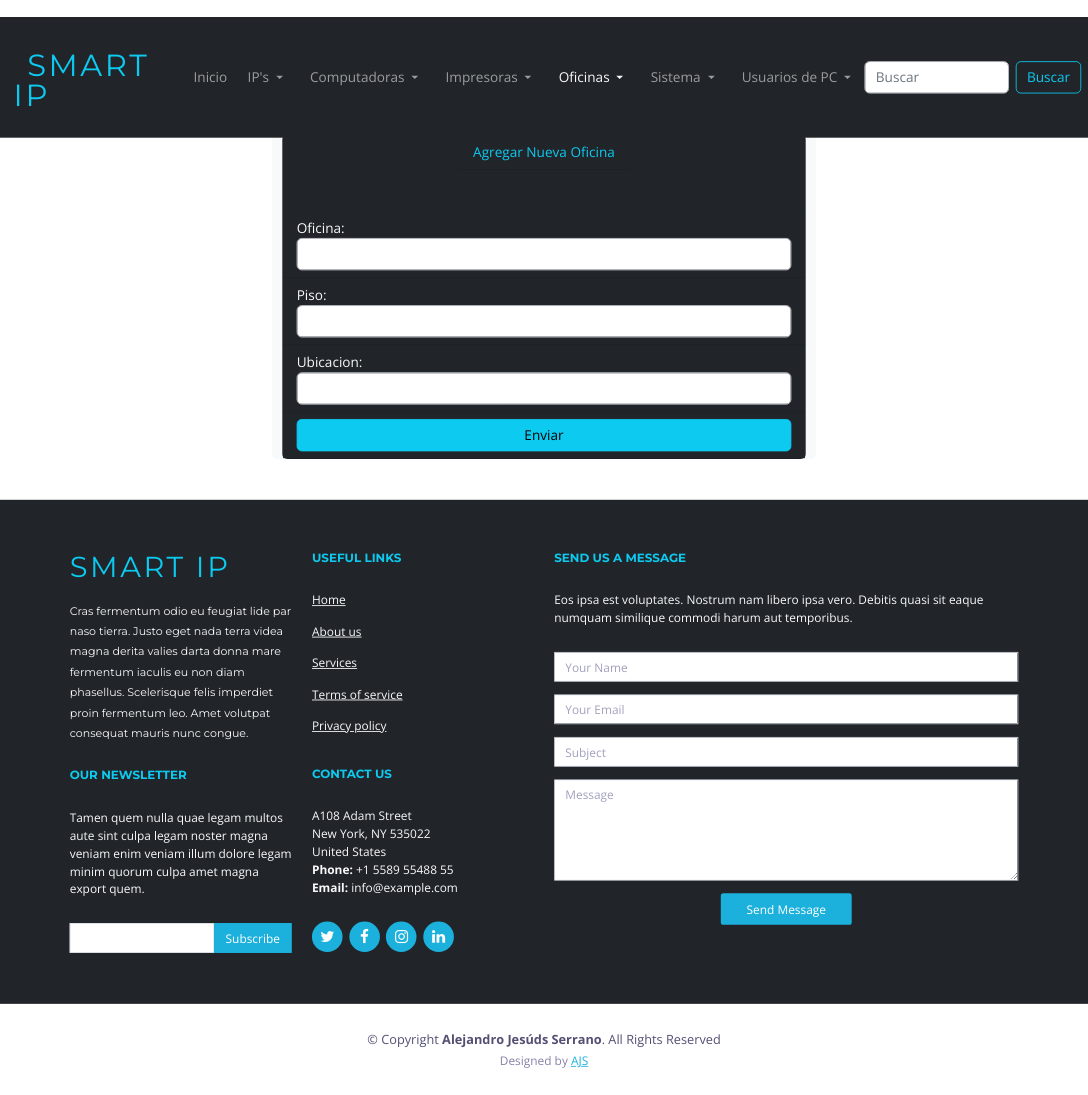
Repository: AlejandroJesusSerrano/SmartIPs
Page: smartip/smartipnav/templates/smartipnav/office_form.html
The author's editor kept a copy of each file at every save. The page is drawn from the files as they stood at one save, then again after the next save.
The browser window is 1280 px wide. The pictures show the whole page, at 85% of full size.
The page is served by the project's application, run on Django 4.2 (smartip/manage.py). The template is opened directly, without the code that normally fills it, so the values that code supplies are empty.

Above is the page before, as saved 2022-11-14 13:25:57.

After the next save:
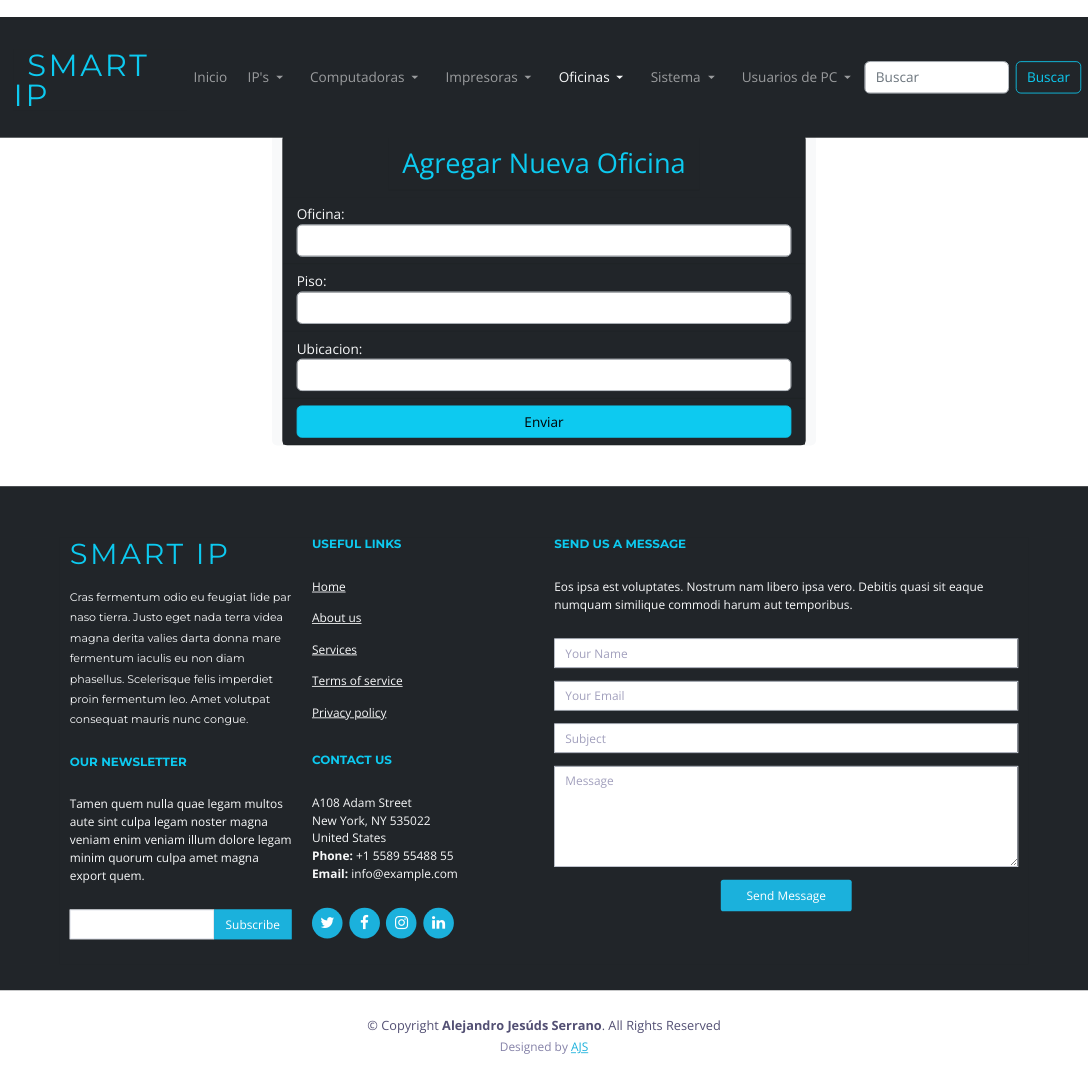
Saved 33 s later.
--- a/smartip/smartipnav/templates/smartipnav/office_form.html
+++ b/smartip/smartipnav/templates/smartipnav/office_form.html
@@ -9,9 +9,9 @@
     <div class="container col-lg-6 bg-light rounded">
         <div class="card mx-auto mt-5 bg-dark style="width: 20rem;">
             <div class="card-header bg-dark text-info mx-auto">
-              Agregar Nueva Oficina
+                <p class="fs-2 my-0">Agregar Nueva Oficina</p>
             </div>
-            <form id=printer_add_form action="" method="post" class="mt-5">
+            <form id=printer_add_form action="" method="post" class="mt-2">
                 {% csrf_token %}
                 <ul class="list-group list-group-flush">
                     <li class="list-group-item bg-dark">
